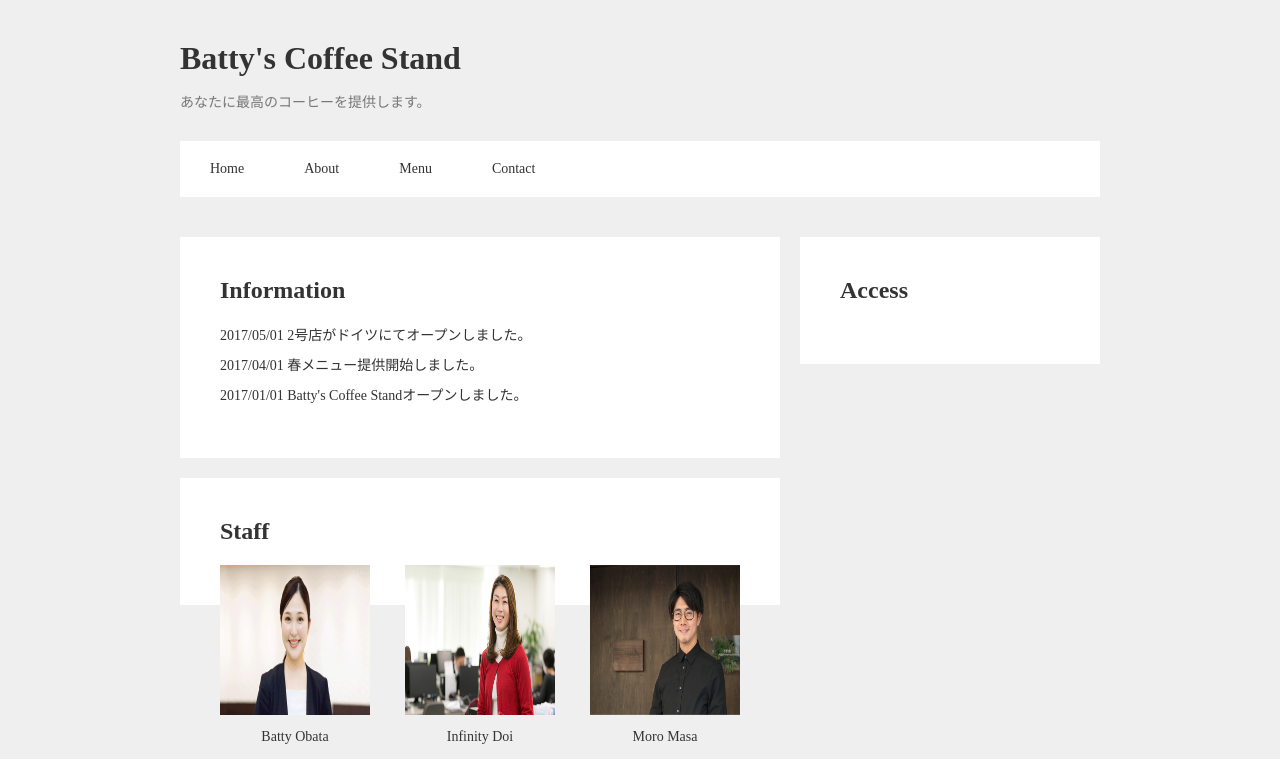
Repository: Sissy7-2/Tip-Memo
Page: html/batty_coffee_stand/index.html
The author's editor kept a record of every edit. The page is drawn from the files as they stood at one moment, then again after the next edit.
The browser window is 1280 px wide. The pictures show the whole page.

Above is the page before.

After the next edit:
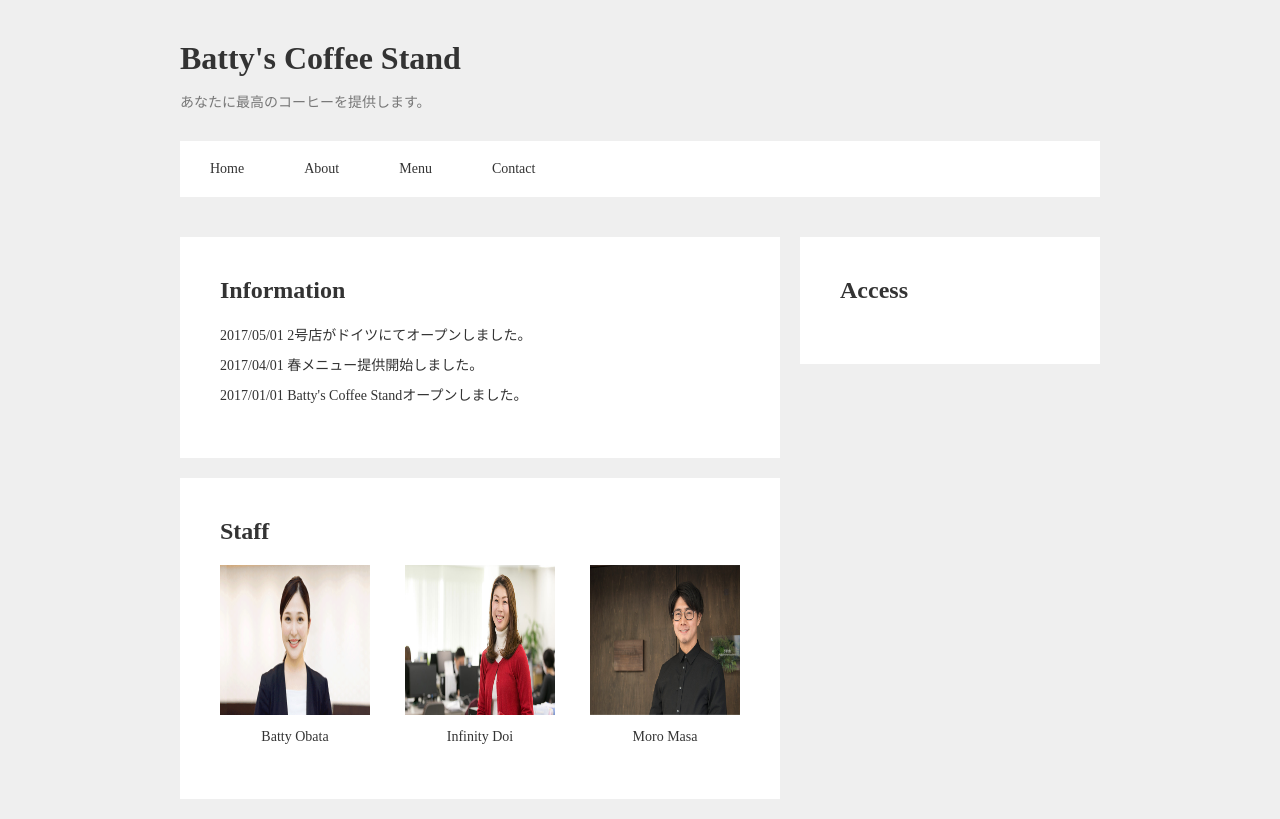
The edit:
--- a/html/batty_coffee_stand/index.html
+++ b/html/batty_coffee_stand/index.html
@@ -34,7 +34,7 @@
                             </div>
                         <div class="card-contents">
                             <h2 class="text-title">Staff</h2>
-                            <div class="staff-list-area"></div>
+                            <div class="staff-list-area">
                             <div class="staff-list">
                             <img src="./staff01.png" class="staff-image">
                             <p class="staff-name">Batty Obata</p>
